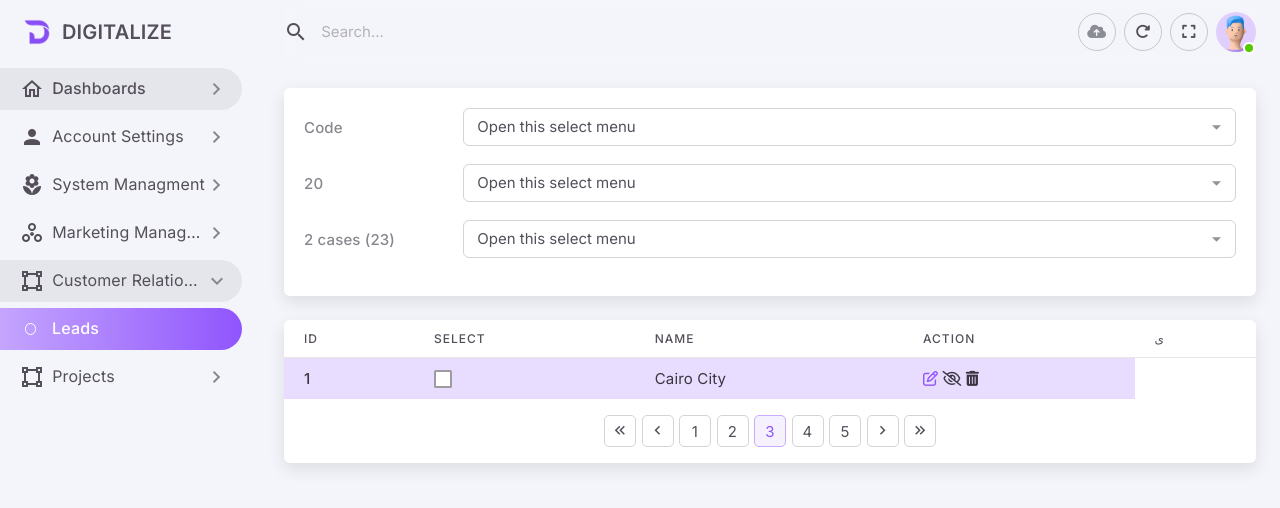
Repository: FadyFathey/sales-crm
Page: html/project-list.html
An editor plug-in stored every save of this project. The page is shown before and after the next save, followed by the edit.
The browser window is 1280 px wide. The pictures show the whole page.
Some icons come from a web library that is not loaded, so they are not drawn. Some web libraries are served in a nearby version.

Above is the page before, as saved 2024-10-09 14:05:46.
Console error: ReferenceError: d3 is not defined

After the next save:
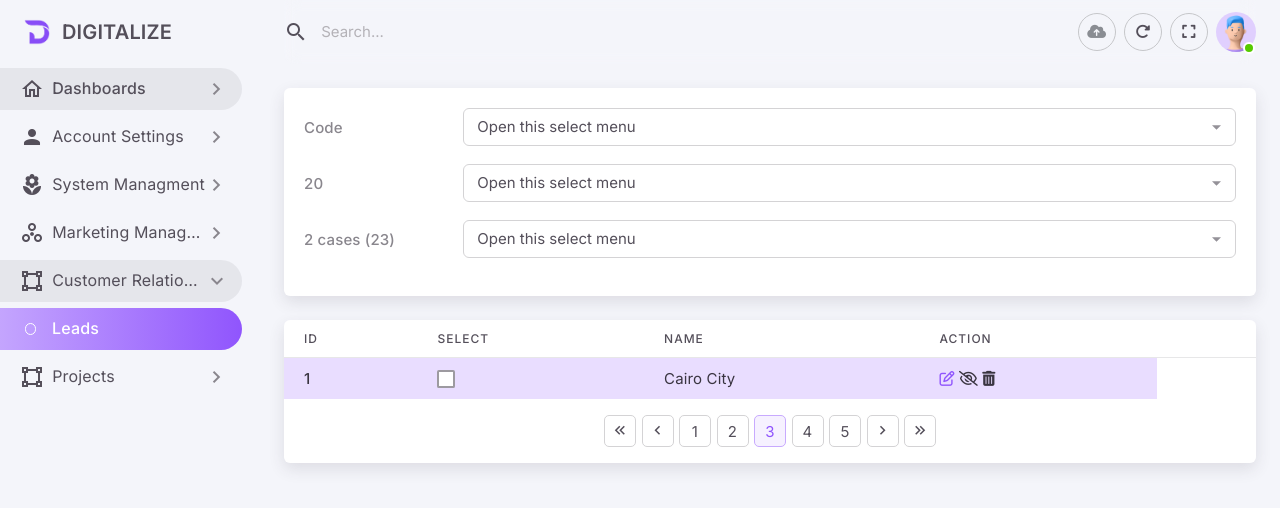
Saved 6 s later.
--- a/html/project-list.html
+++ b/html/project-list.html
@@ -388,7 +388,7 @@
                                             <th>select</th>
                                             <th>Name</th>
                                             <th>Action</th>
-                                            <th>ى</th>
+                                            <th></th>
                                         </tr>
                                     </thead>
                                     <tbody class="table-border-bottom-0">

After the save that followed:
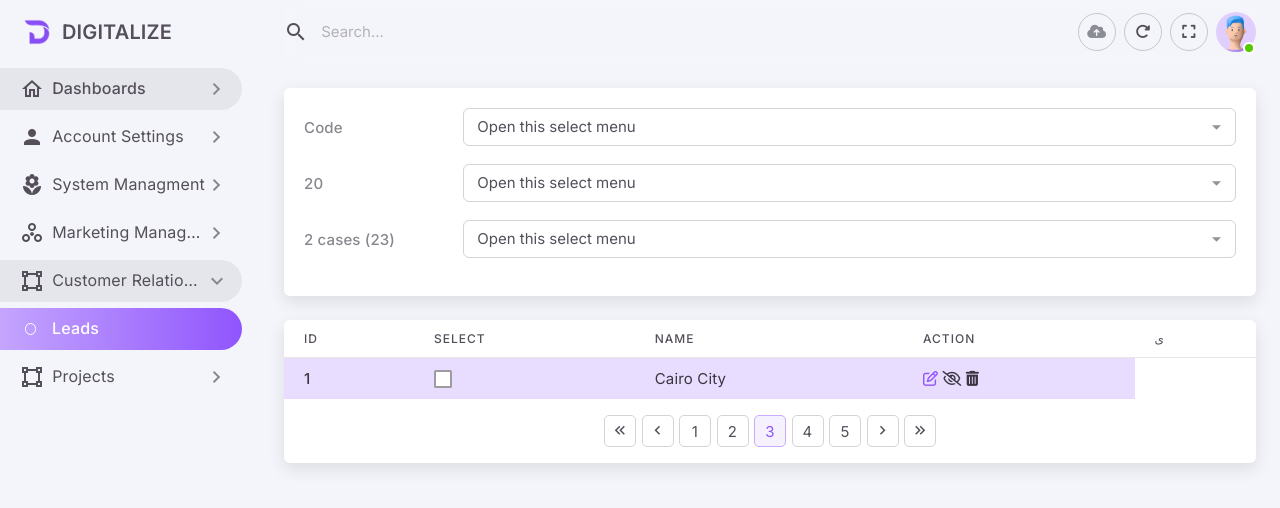
Saved 5 s later.
--- a/html/project-list.html
+++ b/html/project-list.html
@@ -388,7 +388,7 @@
                                             <th>select</th>
                                             <th>Name</th>
                                             <th>Action</th>
-                                            <th></th>
+                                            <th>ى</th>
                                         </tr>
                                     </thead>
                                     <tbody class="table-border-bottom-0">
